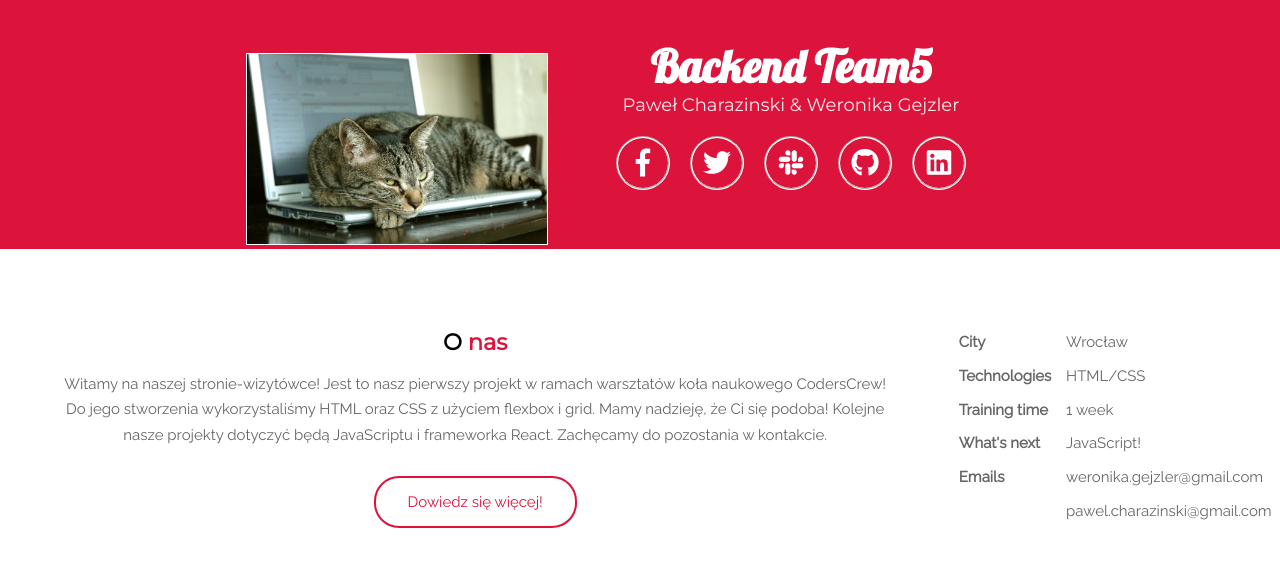
Repository: pietruszka/cc_proj1
Page: index.html
The author's editor kept a copy of each file at every save. The page is drawn from the files as they stood at one save, then again after a run of saves.
The browser window is 1280 px wide. The pictures show the whole page.
Some web libraries are served in a nearby version.

Above is the page before, as saved 2018-11-18 20:34:20.

### index.html
<!DOCTYPE html>
<html lang="en">

<head>
    <meta charset="UTF-8">
    <meta name="viewport" content="width=device-width, initial-scale=1.0">
    <link rel="stylesheet" href="./style.css" />
    <link href="https://fonts.googleapis.com/css?family=Lobster" rel="stylesheet">
    <link href="https://use.fontawesome.com/releases/v5.0.8/css/all.css" rel="stylesheet">
    <link href="https://fonts.googleapis.com/css?family=Montserrat" rel="stylesheet">
    <link href="https://fonts.googleapis.com/css?family=Raleway" rel="stylesheet">
    <title>BackendTeam5</title>
</head>

<body>


        <div id="top">
            <div id="photo"><img id="photo1" src="people.jpg" alt=""></div>
            <div id="heading">


               <h1 id="heading1">Backend Team5</h1>
               <h2 id="heading2">Paweł Charazinski &amp; Weronika Gejzler</h2>
               <div class="nav">

                <div class="nav-item">
                    <a href="#" class="fab fa-facebook-f"></a>
                </div>
                <div class="nav-item">
                    <a href="#" class="fab fa-twitter"></a>
                </div>

                <div class="nav-item">
                    <a href="#" class="fab fa-slack"></a>
                </div>
                <div class="nav-item">
                    <a href="#" class="fab fa-github"></a>
                </div>
                <div class="nav-item">
                    <a href="#" class="fab fa-linkedin"></a>
                </div>
            </div>


            </div>

        </div>

        <div id="bottom">
            <div id="about">
<h1 id="h_about">O <span style="color:crimson">nas</span></h1>
<p id="p_about">Witamy na naszej stronie-wizytówce! Jest to nasz pierwszy projekt w ramach warsztatów koła naukowego CodersCrew! Do jego stworzenia wykorzystaliśmy HTML oraz CSS z użyciem flexbox i grid. Mamy nadzieję, że Ci się podoba! Kolejne nasze projekty dotyczyć będą JavaScriptu i frameworka React. Zachęcamy do pozostania w kontakcie.</p>
<div id="button">Dowiedz się więcej!</div>


            </div>
            <div id="details">
<table>
    <tr>
        <td class="table"><b>City</b></td>
        <td class="table">Wrocław</td>
    </tr>
    <tr>
        <td class="table"><b>Technologies</b></td>
        <td class="table">HTML/CSS</td>
    </tr>
    <tr>
        <td class="table"><b>Training time</b></td>
        <td class="table">1 week</td>
    </tr>
    <tr>
        <td class="table"><b>What's next</b></td>
        <td class="table">JavaScript!</td>
    </tr>
    <tr>
        <td class="table"><b>Emails</b></td>
        <td class="table">weronika.gejzler@gmail.com
        </td>
    </tr>
    <tr><td class="table"></td><td class="table">pawel.charazinski@gmail.com
        </td></tr>

</table>
</div>
        </div>


</div>
</body>

</html>

### style.css
body{
    margin: 0 0 1vw 0;
    font-size: 15px;


}
#top{
   display: flex;
   flex-direction: row;
   flex-wrap: wrap;
   align-items: center;
   justify-content: center;

    background-color: crimson;
    color: white;



}
#photo{
align-self: flex-end;


}
#photo1{
width: auto;
height: auto;
   max-width: 300px;
   max-height: 200px;
   border: 1px solid white;

}

#heading{

  padding: 3vw;

}

#heading1 {

    font-size: 3em;
    font-weight: 700;
        font-family: 'Lobster', cursive;
    text-align: center;
    margin:0;
   }
   #heading2 {

    font-size: 1.2em;
    font-weight: 100;
    font-family:  Montserrat;
    text-align: center;
    margin: 0%;
    opacity: 0.9;
    }

    a {
        color: white;
        text-decoration: none;

    }
    .nav {
        display: flex;
        justify-content: center;
        margin: 20px;
        flex-wrap: wrap;

    }

    .nav-item {

        animation: show 0.5s ease-in-out forwards;

        transition: all 0.3s ease-in-out;
        border-radius: 100%;
        border: groove 2px white;

        width: 50px;
        height: 50px;
        margin: 0 10px;
        display: flex;
        align-items: center;
        justify-content: center;

    }

    .nav-item:hover {
        cursor: pointer;

        opacity: 0.8;

    }

    .nav-item a:hover {

        opacity: 0.5;

    }

    .nav-item a {
        font-size: 28px;

    }

#bottom{
    display: flex;
    flex-direction:olumnscale: (1.2);;
    align-items: center;



}
#about{
   margin: 5vw;

   text-align: center;
}
#h_about{
   font-family:  Montserrat;
    font-style: Bold;
    font-size: 1.5em;

        line-height: 29px;

}
#p_about{
   color: #666666;
   Font-Family: Raleway;
Font-Style: Regular;

Line-Height: 1.7em;

}
#button{
    margin: 1vw;
    border: 2px solid crimson;
    border-radius: 25px;
    background-color: white;
    color: crimson;

    padding: 15px 32px;
    text-align: center;
    text-decoration: none;
    display: inline-block;

    Font-Family: Raleway;
}

#button:hover {
    cursor: pointer;
    background-color: bisque;
    transform: scale(1.03);

}


#details{

    color: #666666;
    Font-Family: Raleway;
 Font-Style: Regular;

 Line-Height: 19px;
 text-Align: Left;
 grid-area: details;
}
.table{
    padding: 0.5vw;
}

After the next 2 saves:
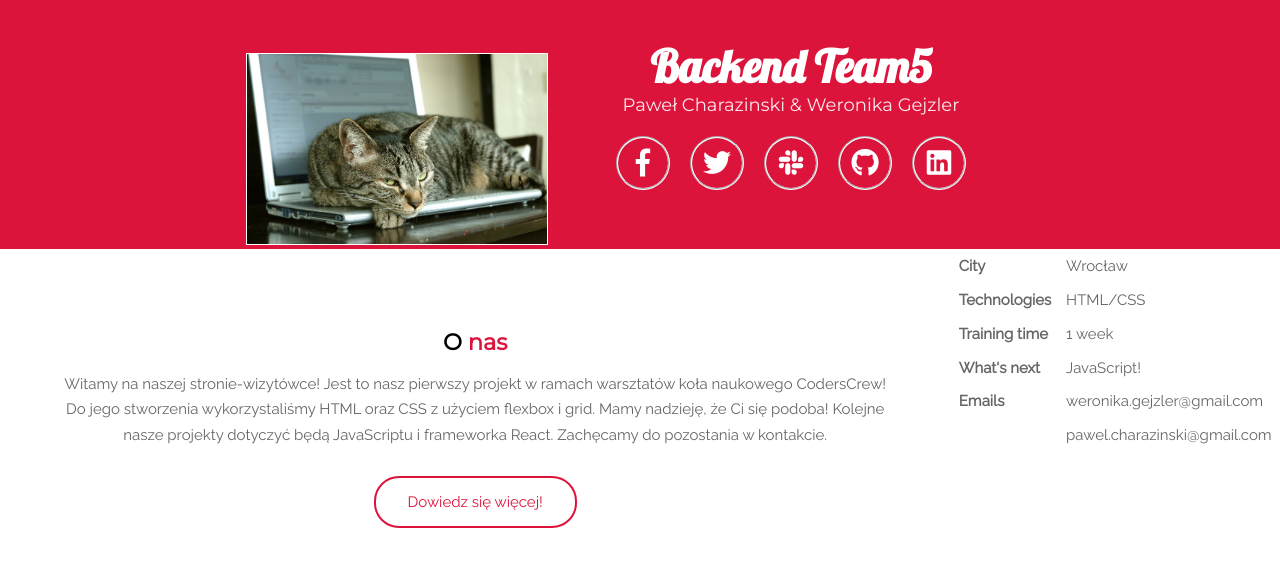
The 2 saves are shown as one change because they came seconds apart.
The last was saved 8 s later.
--- a/style.css
+++ b/style.css
@@ -105,7 +105,8 @@ height: auto;
 
 #bottom{
     display: flex;
-    flex-direction:olumnscale: (1.2);;
+    flex-direction: row;
+    fle
     align-items: center;
 
 
